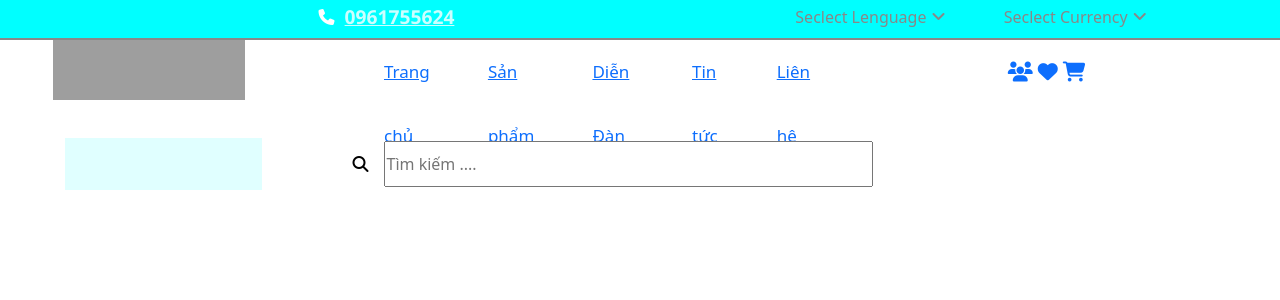
Repository: giacatdat2k5/Baitaplon
Page: da/d.html
An editor plug-in stored every save of this project. The page is shown before and after the next save, followed by the edit.
The browser window is 1280 px wide. The pictures show the whole page.
Pictures or frames that could not be fetched are drawn as grey boxes.

Above is the page before, as saved 2023-11-07 01:04:19.

After the next save:
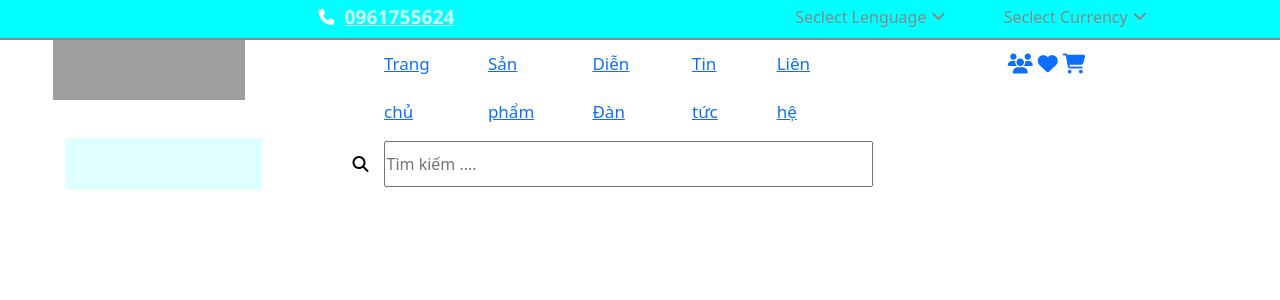
Saved 21 s later.
--- a/da/d.css
+++ b/da/d.css
@@ -69,7 +69,7 @@
 
     display:flex;
     height: 60px;
-    line-height: 4em;
+    line-height: 3em;
     justify-content: space-around;
 }
 .logo{
